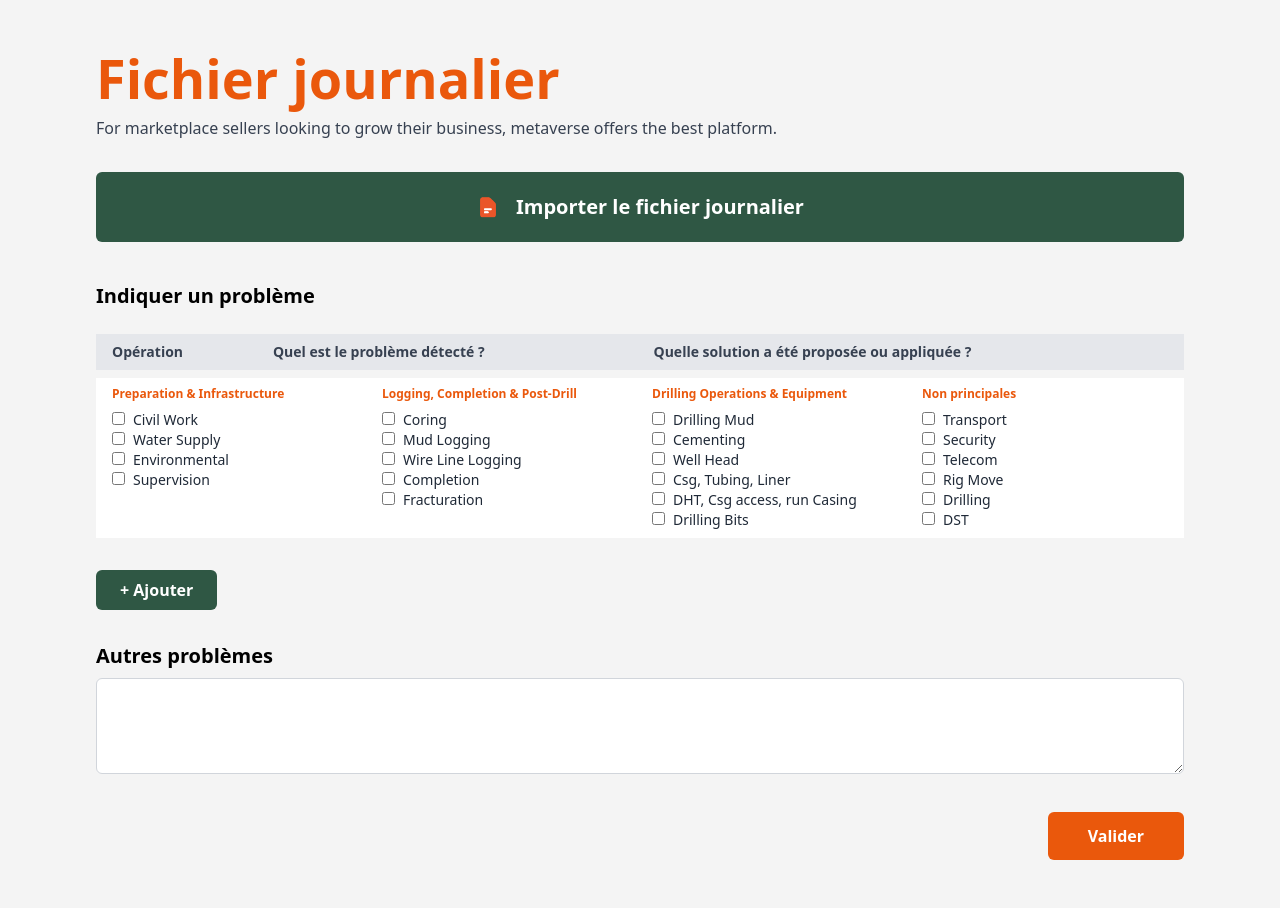
Repository: 123455675848484848484884848484/Projet_2cs
Page: /file (app in front/)
The author's editor kept a copy of each file at every save. The page is drawn from the files as they stood at one save, then again after the next save.
The browser window is 1280 px wide. The pictures show the whole page.
The project was rebuilt for these pictures with package versions that can differ from the ones it lists, and the page was loaded fresh each time. Also part of the build but not shown: front/src/App.css, front/src/LancerPuit.jsx, front/src/InformationPuit.jsx, front/src/Login.jsx, front/src/MesPuits.jsx, front/src/PhasesPrevision.jsx, front/src/OperationsPrevision.jsx.

Above is the page before, as saved 2025-04-24 10:59:58.

### front/src/App.jsx
import './App.css';
import React from "react";
import LancerPuit from './LancerPuit';
import InformationPuit from './InformationPuit';
import { BrowserRouter as Router, Routes, Route } from "react-router-dom";
import Login from './Login';
import MesPuits from './MesPuits';
import PhasesPrevision from './PhasesPrevision';
import OperationsPrevision from "./OperationsPrevision";
import FichierJournalier from './FichierJournalier';

function App() {
  return (
   <Router>
   <Routes>
     <Route path="/" element={<LancerPuit />} />
     <Route path="/info-puit" element={<InformationPuit />} />
     <Route path="/mespuits" element={<MesPuits />} />
     <Route path="/phasepre" element={<PhasesPrevision />} />
     <Route path="/operations" element={<OperationsPrevision />} />
     <Route path="/login" element={<Login />} />
     <Route path="/file" element={<FichierJournalier />} />

  </Routes>
    </Router>

  );
}

export default App;

### front/src/FichierJournalier.jsx
import React, { useState } from "react";

const FichierJournalier = () => {
  const [problems, setProblems] = useState([
    { operation: "", probleme: "", solution: "" },
  ]);
  const [autresProblemes, setAutresProblemes] = useState("");
  const [selectedFile, setSelectedFile] = useState(null);

  const handleChange = (index, field, value) => {
    const updated = [...problems];
    updated[index][field] = value;
    setProblems(updated);
  };

  const handleAddRow = () => {
    setProblems([...problems, { operation: "", probleme: "", solution: "" }]);
  };

  const handleSubmit = () => {
    console.log("Problèmes:", problems);
    console.log("Autres:", autresProblemes);
  };

  const handleFileChange = (e) => {
    setSelectedFile(e.target.files[0]);
  };

  const operationsGroups = [
    {
      label: "Preparation & Infrastructure",
      items: ["Civil Work", "Water Supply", "Environmental", "Supervision"],
    },
    {
      label: "Logging, Completion & Post-Drill",
      items: [
        "Coring",
        "Mud Logging",
        "Wire Line Logging",
        "Completion",
        "Fracturation",
      ],
    },
    {
      label: "Drilling Operations & Equipment",
      items: [
        "Drilling Mud",
        "Cementing",
        "Well Head",
        "Csg, Tubing, Liner",
        "DHT, Csg access, run Casing",
        "Drilling Bits",
      ],
    },
    {
      label: "Non principales",
      items: ["Transport", "Security", "Telecom", "Rig Move", "Drilling", "DST"],
    },
  ];

  return (
    <div className="min-h-screen px-24 py-12 bg-[#f4f4f4]">
      <h1 className="text-[54px] font-bold text-orange-600 leading-[60px] mb-2">
        Fichier journalier
      </h1>
      <p className="text-gray-700 mb-8">
        For marketplace sellers looking to grow their business, metaverse offers the best platform.
      </p>

      <label className="bg-[#2f5744] cursor-pointer text-white text-center text-[20px] font-semibold py-5 rounded-md flex justify-center items-center gap-4 mb-10">
      <img src="/file.png" alt="icon" className="w-6 h-6" />
        Importer le fichier journalier
        <input type="file" className="hidden" onChange={handleFileChange} />
      </label>

      <h2 className="text-xl font-semibold mb-4">Indiquer un problème</h2>
      <div className="overflow-x-auto mb-6">
        <table className="w-full text-left border-separate border-spacing-y-2">
          <thead>
            <tr className="bg-gray-200 text-sm text-gray-700">
              <th className="px-4 py-2">Opération</th>
              <th className="px-4 py-2">Quel est le problème détecté ?</th>
              <th className="px-4 py-2">Quelle solution a été proposée ou appliquée ?</th>
            </tr>
          </thead>
          <tbody>
            {problems.map((row, index) => (
              <tr key={index} className="bg-white rounded-md">
                <td className="px-4 py-2" colSpan="3">
                  <div className="grid grid-cols-4 gap-6">
                    {operationsGroups.map((group) => (
                      <div key={group.label}>
                        <h4 className="text-xs text-orange-600 font-semibold mb-2">
                          {group.label}
                        </h4>
                        {group.items.map((item) => (
                          <label key={item} className="block text-sm text-gray-800">
                            <input
                              type="checkbox"
                              value={item}
                              checked={row.operation.includes(item)}
                              onChange={(e) => {
                                const value = e.target.value;
                                const updatedOps = row.operation.includes(value)
                                  ? row.operation.filter((op) => op !== value)
                                  : [...row.operation, value];
                                handleChange(index, "operation", updatedOps);
                              }}
                              className="mr-2"
                            />
                            {item}
                          </label>
                        ))}
                      </div>
                    ))}
                  </div>
                </td>
              </tr>
            ))}
          </tbody>
        </table>
      </div>

      <button
        onClick={handleAddRow}
        className="bg-[#2f5744] text-white font-semibold px-6 py-2 rounded-md mb-8"
      >
        + Ajouter
      </button>

      <h2 className="text-xl font-semibold mb-2">Autres problèmes</h2>
      <textarea
        className="w-full h-24 border border-gray-300 rounded-md p-3 mb-8"
        placeholder=""
        value={autresProblemes}
        onChange={(e) => setAutresProblemes(e.target.value)}
      ></textarea>

      <div className="flex justify-end">
        <button
          onClick={handleSubmit}
          className="bg-orange-600 hover:bg-orange-700 text-white font-semibold text-[16px] px-10 py-3 rounded-md"
        >
          Valider
        </button>
      </div>
    </div>
  );
};

export default FichierJournalier;

Loaded but not shown: front/public/index.html (common file); front/src/index.js (common file); front/src/index.css (common file); front/src/reportWebVitals.js (common file); front/tailwind.config.js (common file)

After the next save:
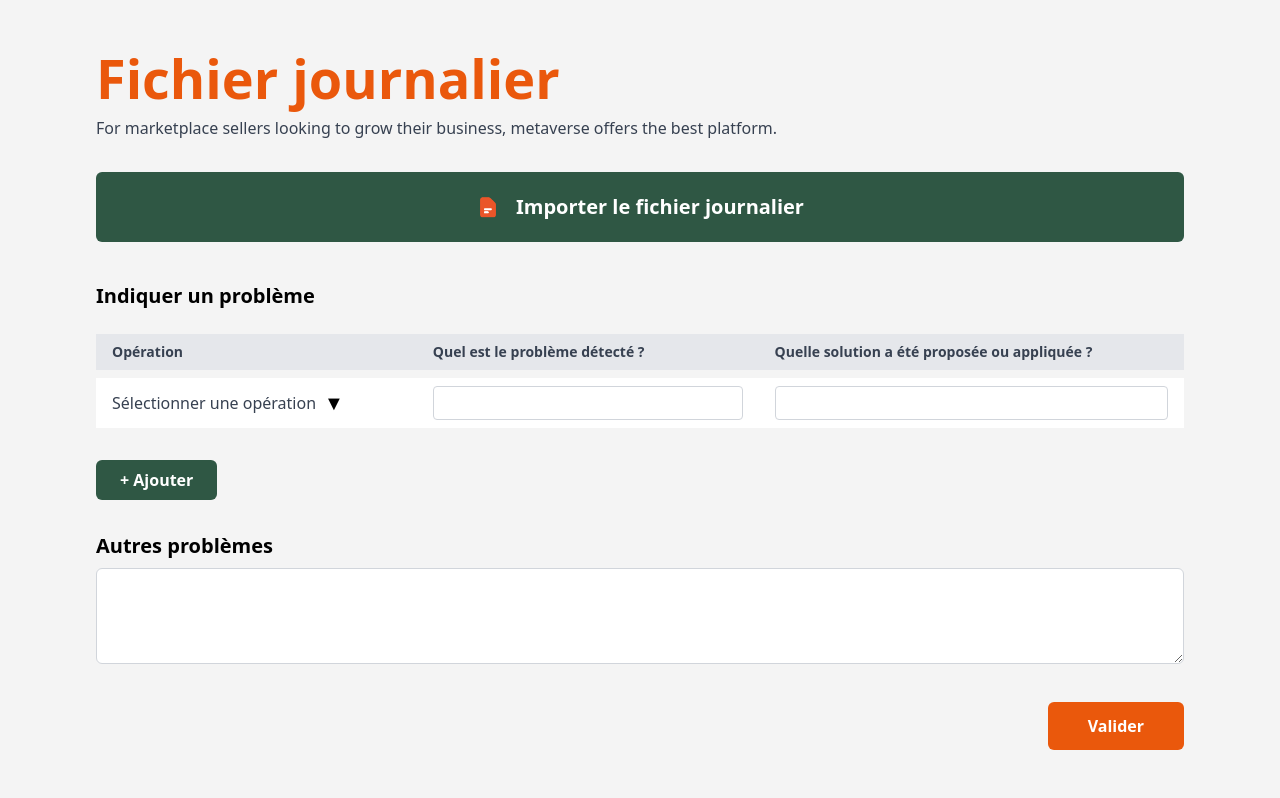
Saved 3 min 3 s later.
--- a/front/src/FichierJournalier.jsx
+++ b/front/src/FichierJournalier.jsx
@@ -84,40 +84,84 @@ const FichierJournalier = () => {
             </tr>
           </thead>
           <tbody>
-            {problems.map((row, index) => (
-              <tr key={index} className="bg-white rounded-md">
-                <td className="px-4 py-2" colSpan="3">
-                  <div className="grid grid-cols-4 gap-6">
-                    {operationsGroups.map((group) => (
-                      <div key={group.label}>
-                        <h4 className="text-xs text-orange-600 font-semibold mb-2">
-                          {group.label}
-                        </h4>
-                        {group.items.map((item) => (
-                          <label key={item} className="block text-sm text-gray-800">
-                            <input
-                              type="checkbox"
-                              value={item}
-                              checked={row.operation.includes(item)}
-                              onChange={(e) => {
-                                const value = e.target.value;
-                                const updatedOps = row.operation.includes(value)
-                                  ? row.operation.filter((op) => op !== value)
-                                  : [...row.operation, value];
-                                handleChange(index, "operation", updatedOps);
-                              }}
-                              className="mr-2"
-                            />
-                            {item}
-                          </label>
-                        ))}
-                      </div>
+  {problems.map((row, index) => {
+    const [isOpen, setIsOpen] = useState(false);
+
+    return (
+      <React.Fragment key={index}>
+        {/* Ligne cliquable avec la flèche */}
+        <tr className="bg-white rounded-md">
+          <td className="px-4 py-2">
+            <button
+              onClick={() => setIsOpen(!isOpen)}
+              className="flex items-center gap-2 text-left w-full"
+            >
+              <span className="text-gray-700 font-medium">
+                Sélectionner une opération
+              </span>
+              {isOpen ? (
+                <span className="text-xl">▲</span>
+              ) : (
+                <span className="text-xl">▼</span>
+              )}
+            </button>
+          </td>
+          <td className="px-4 py-2">
+            <input
+              type="text"
+              value={row.probleme}
+              onChange={(e) => handleChange(index, "probleme", e.target.value)}
+              className="w-full border border-gray-300 rounded px-2 py-1"
+            />
+          </td>
+          <td className="px-4 py-2">
+            <input
+              type="text"
+              value={row.solution}
+              onChange={(e) => handleChange(index, "solution", e.target.value)}
+              className="w-full border border-gray-300 rounded px-2 py-1"
+            />
+          </td>
+        </tr>
+
+        {/* Contenu déroulant */}
+        {isOpen && (
+          <tr>
+            <td colSpan="3" className="px-4 py-4 bg-gray-100 rounded-b">
+              <div className="grid grid-cols-4 gap-6">
+                {operationsGroups.map((group) => (
+                  <div key={group.label}>
+                    <h4 className="text-xs text-orange-600 font-semibold mb-2">
+                      {group.label}
+                    </h4>
+                    {group.items.map((item) => (
+                      <label key={item} className="block text-sm text-gray-800">
+                        <input
+                          type="checkbox"
+                          value={item}
+                          checked={row.operation.includes(item)}
+                          onChange={(e) => {
+                            const value = e.target.value;
+                            const updatedOps = row.operation.includes(value)
+                              ? row.operation.filter((op) => op !== value)
+                              : [...row.operation, value];
+                            handleChange(index, "operation", updatedOps);
+                          }}
+                          className="mr-2"
+                        />
+                        {item}
+                      </label>
                     ))}
                   </div>
-                </td>
-              </tr>
-            ))}
-          </tbody>
+                ))}
+              </div>
+            </td>
+          </tr>
+        )}
+      </React.Fragment>
+    );
+  })}
+</tbody>
         </table>
       </div>
 
